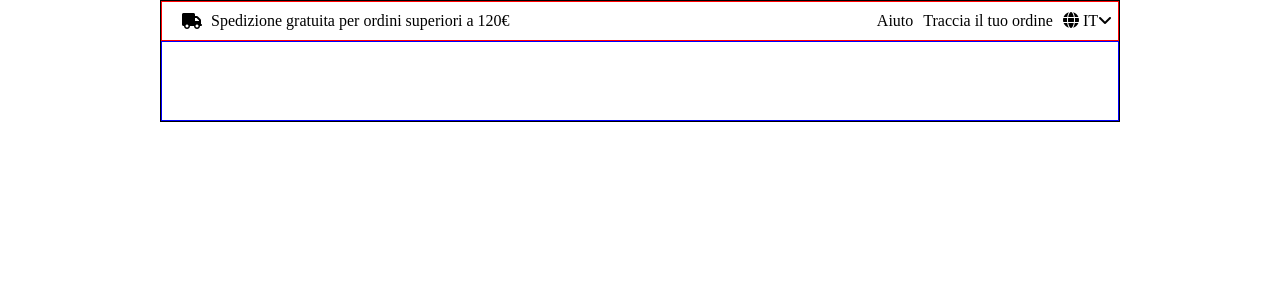
Repository: jacoporm1989/studioFlexbox
Page: FLEXBOX/Header+Navbar1/index.html
The author's editor kept a copy of each file at every save. The page is drawn from the files as they stood at one save, then again after the next save.
The browser window is 1280 px wide. The pictures show the whole page.

Above is the page before, as saved 2026-06-10 12:09:53.

After the next save:
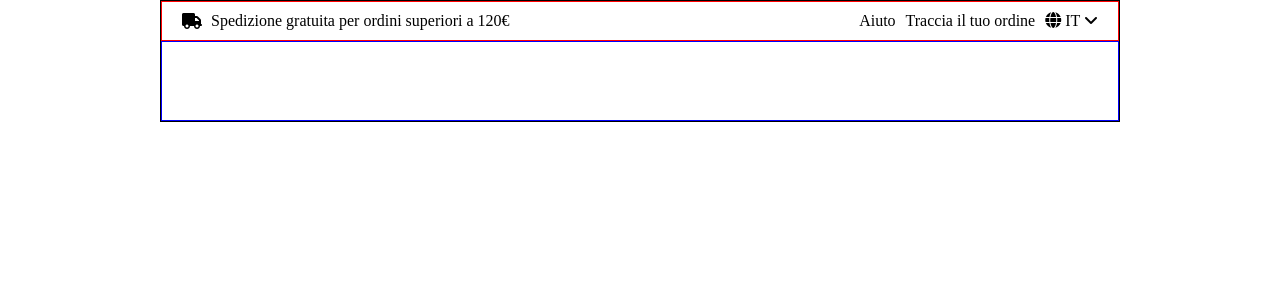
Saved 24 s later.
--- a/FLEXBOX/Header+Navbar1/index.css
+++ b/FLEXBOX/Header+Navbar1/index.css
@@ -10,7 +10,7 @@ a {
 }
 
 a:hover {
-    background-color: black;
+    background-color:black;
     color: white;
 }
 
@@ -29,85 +29,89 @@ a:hover {
     width: 100%;
     border: 1px solid red;
     height: 40px;
-    display: flex;
-    flex-direction: row;
-    justify-content: space-between;
+    display:flex;
+    flex-direction:row;
+    justify-content:space-between;
 }
 
 
-.spedizione {
-    display: flex;
-    flex-direction: row;
-    justify-content: center;
+.spedizione{
+    display:flex;
+    flex-direction:row;
+    justify-content:center;
     align-items: center;
-    gap: 9px;
-    margin-left: 20px;
+    gap:9px;
+    margin-left:20px;
 }
 
-.right-bar {
-    display: flex;
-    flex-direction: row;
-    justify-content: center;
+.right-bar{
+    display:flex;
+    flex-direction:row;
+    justify-content:center;
     align-items: center;
-    margin-right: 20px;
+    margin-right:20px;
 }
 
-.sub-lingue {
-    display: none;
+.sub-lingue{
+    display:none;
 }
 
-.lingue:hover .sub-lingue {
-    display: flex;
-    flex-direction: column;
+.lingue:hover .sub-lingue{
+    display:flex;
+    flex-direction:column;
 }
 
-.fa-angle-up {
-    display: none;
+.fa-angle-up{
+    display:none;
 }
 
-.frecce {
-    position: relative;
+.frecce{
+    position:relative;
 }
 
-.frecce i {
-    position: absolute;
-    top: 0;
-    left: 0;
+.frecce i{
+
 }
 
-.lingue:hover .fa-angle-down {
-    display: none;
+.lingue:hover .fa-angle-down{
+
+    display:none;
 }
 
-.lingue:hover .fa-angle-up {
-    display: inline;
+.lingue:hover .fa-angle-up{
+    display:inline;
+}
+
+
+.lingue{
+    position:relative;
 }
 
 
 
-.complete-right-bar {
-    display: flex;
-    flex-direction: row;
+.complete-right-bar{
+    display:flex;
+    flex-direction:row;
     list-style: none;
     padding-left: 0;
     margin-left: 0;
-    gap: 10px;
+    gap:10px;
 }
 
 
-.sub-lingue {
-    display: none;
-    position: absolute;
+.sub-lingue{
+    display:none;
+    position:absolute;
     top: 100%;
-    right: 0;
+right: 0;
 }
 
 
 
 
-.lingue:hover .sub-lingue {
-    display: flex;
-    flex-direction: column;
+.lingue:hover .sub-lingue{
+    display:flex;
+    flex-direction:column;
 }
 
 
@@ -116,5 +120,5 @@ nav {
     width: 100%;
     border: 1px solid blue;
     height: 80px;
-    display: flex;
+    display:flex;
 }
